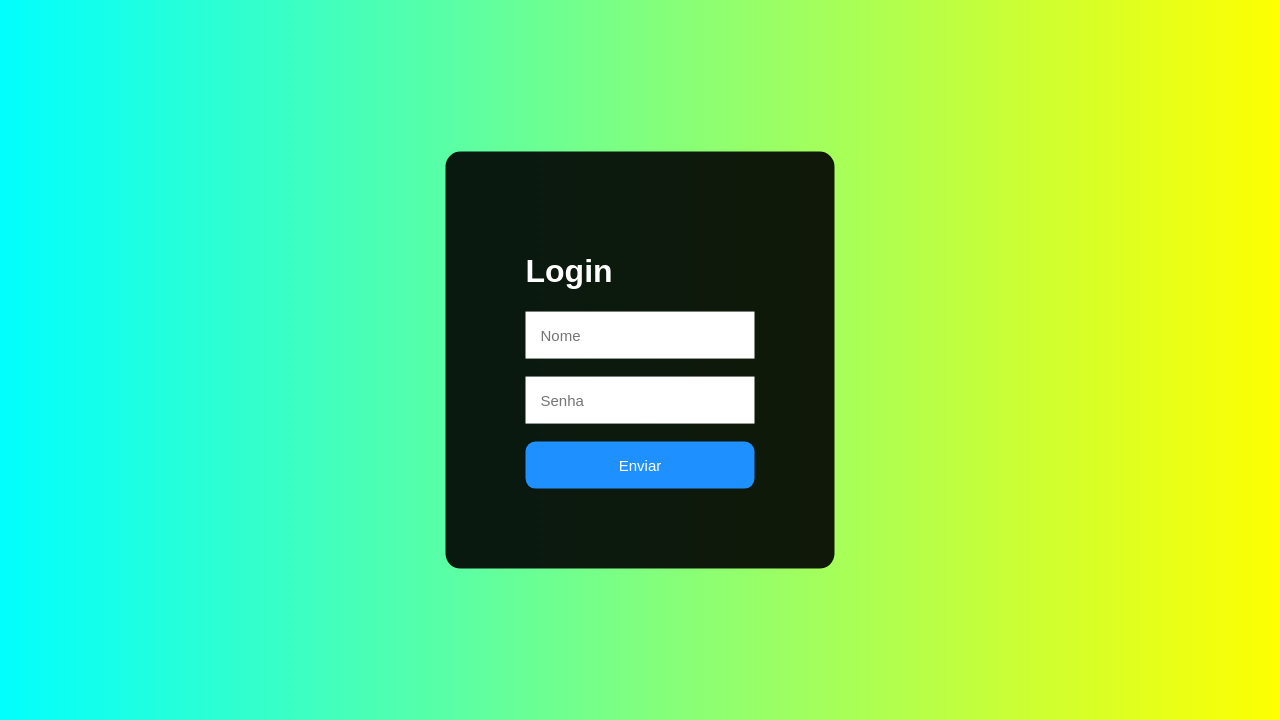
Repository: Vitor4863/Projeto-MetalBull
Page: http://localhost/MetalBull/
These files come from the project's save history. The page is drawn as it stood at one moment and after the next save; the edit follows.
The browser window is 1280 px wide. The pictures show the whole page.
The page is served by Tomcat 9. Other server files are loaded and not shown.

Above is the page before, as saved 2022-06-23 21:37:32.

### MetalBull/src/main/webapp/index.jsp
<%@ page language="java" contentType="text/html; charset=ISO-8859-1"
    pageEncoding="ISO-8859-1"%>
<!DOCTYPE html>
<html>
<head>
<meta charset="ISO-8859-1">
<title>Insert title here</title>
</head>
<body>
 <style>
        body{
            font-family: Arial, Helvetica, sans-serif;
            background-image: linear-gradient(45deg, cyan, yellow);
        }
        div{
            background-color: rgba(0, 0, 0, 0.9);
            position: absolute;
            top: 50%;
            left: 50%;
            transform: translate(-50%,-50%);
            padding: 80px;
            border-radius: 15px;
            color: #fff;
        }
        input{
            padding: 15px;
            border: none;
            outline: none;
            font-size: 15px;
        }
        button{
            background-color: dodgerblue;
            border: none;
            padding: 15px;
            width: 100%;
            border-radius: 10px;
            color: white;
            font-size: 15px;

        }
        button:hover{
            background-color: deepskyblue;
            cursor: pointer;
        }
    </style>
</head>
<body>
    <div>
        <h1>Login</h1>
        <input type="text" placeholder="Nome">
        <br><br>
        <input type="password" placeholder="Senha">
        <br><br>
        <button>Enviar</button>
    </div>
</body>
</html>

After the next save:
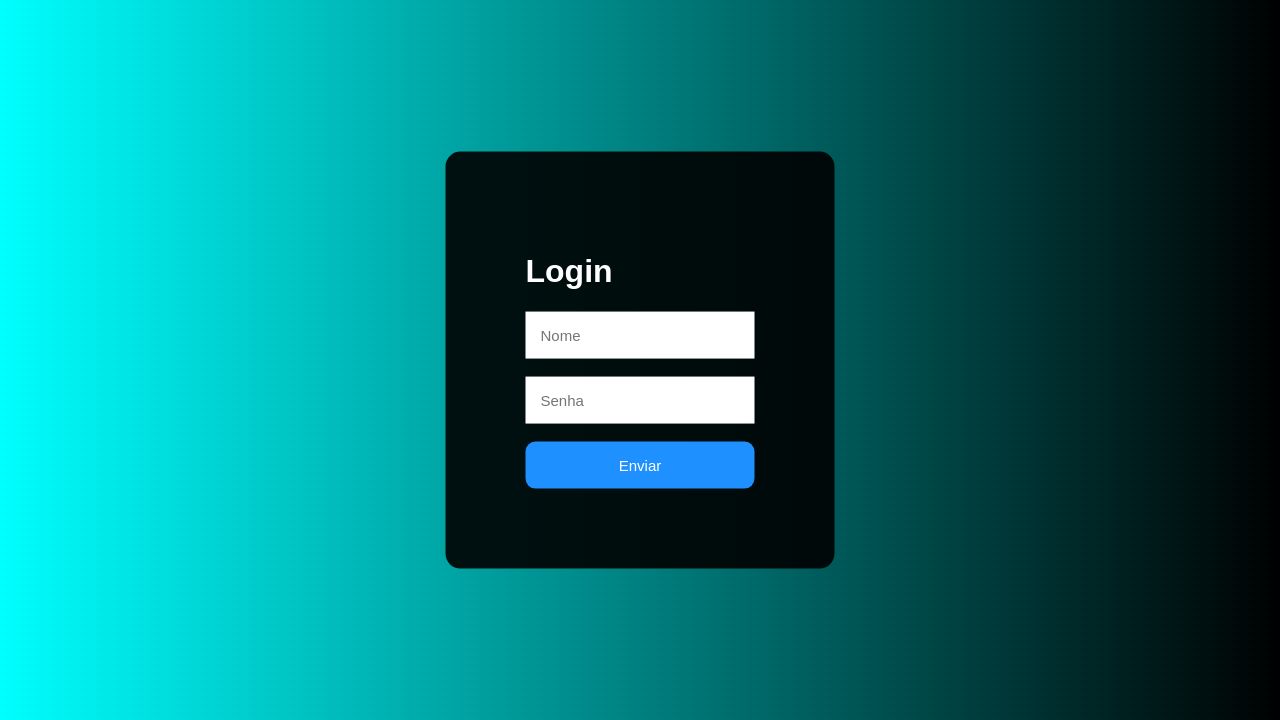
Saved 68 s later.
--- a/MetalBull/src/main/webapp/index.jsp
+++ b/MetalBull/src/main/webapp/index.jsp
@@ -10,7 +10,7 @@
  <style>
         body{
             font-family: Arial, Helvetica, sans-serif;
-            background-image: linear-gradient(45deg, cyan, yellow);
+            background-image: linear-gradient(45deg, cyan, black);
         }
         div{
             background-color: rgba(0, 0, 0, 0.9);
